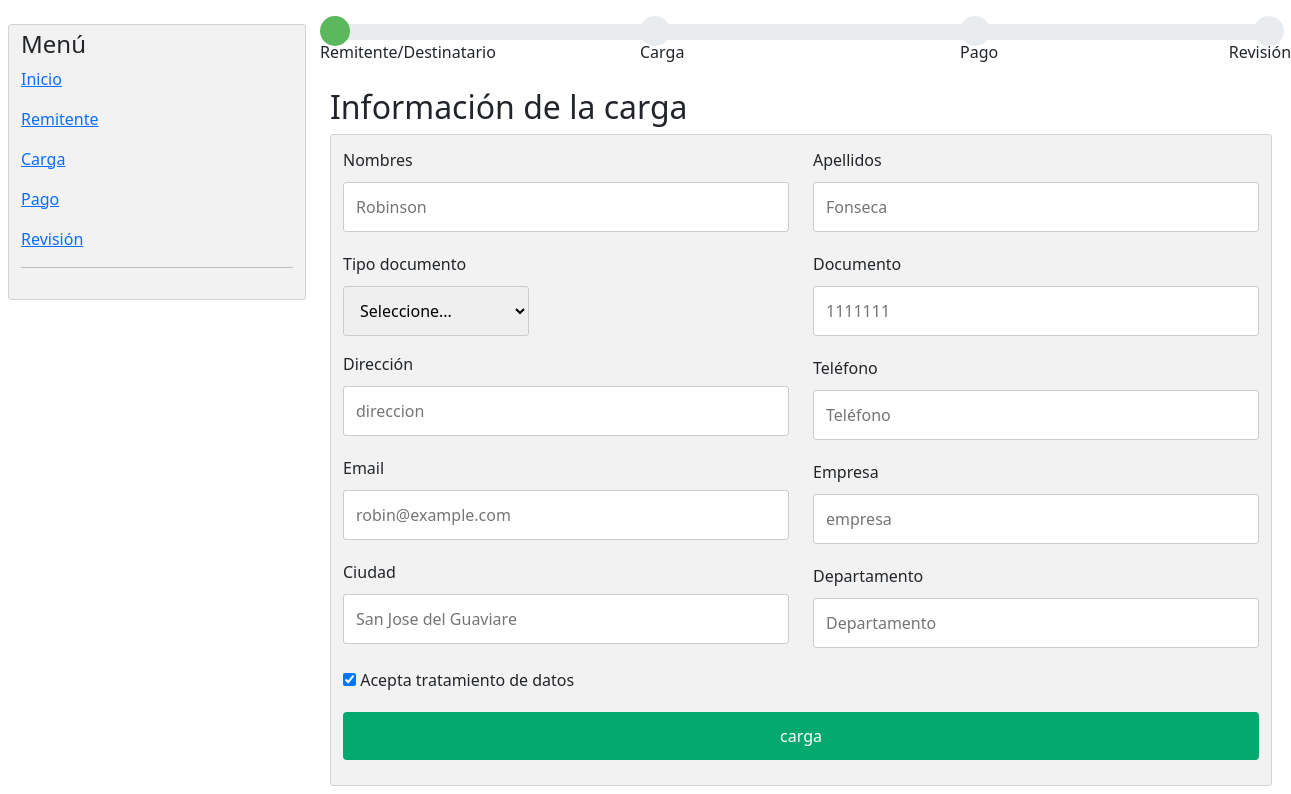
Repository: SennovaFluvial/Trasnfluvial
Page: appFluvial/templates/card1carga.html
The author's editor kept a copy of each file at every save. The page is drawn from the files as they stood at one save, then again after the next save.
The browser window is 1280 px wide. The page is 1291 px wide, so the pictures cover 1291 px, including what lies to the right of the window. The pictures show the whole page.
The template is drawn by Django 3.2. The application's start-up code is not run. Other server files are loaded and not shown. The template is opened directly, without the code that normally fills it, so the values that code supplies are empty.

Above is the page before, as saved 2023-10-18 23:27:47.

### appFluvial/templates/card1carga.html
<!DOCTYPE html>
<html>
<head>
<meta name="viewport" content="width=device-width, initial-scale=1">
<!--link rel="stylesheet" href="https://cdnjs.cloudflare.com/ajax/libs/font-awesome/4.7.0/css/font-awesome.min.css"-->
<style>
body {
  font-family: Arial;
  font-size: 17px;
  padding: 8px;
}

* {
  box-sizing: border-box;
}

.row {
  display: -ms-flexbox; /* IE10 */
  display: flex;
  -ms-flex-wrap: wrap; /* IE10 */
  flex-wrap: wrap;
  margin: 0 -16px;
}

.col-25 {
  -ms-flex: 25%; /* IE10 */
  flex: 25%;
}

.col-50 {
  -ms-flex: 50%; /* IE10 */
  flex: 50%;
}

.col-75 {
  -ms-flex: 75%; /* IE10 */
  flex: 75%;
}

.col-25,
.col-50,
.col-75 {
  padding: 0 16px;
}

.container {
  background-color: #f2f2f2;
  padding: 5px 20px 15px 20px;
  border: 1px solid lightgrey;
  border-radius: 3px;
}

input[type=text], select {
  width: 100%;
  margin-bottom: 20px;
  padding: 12px;
  border: 1px solid #ccc;
  border-radius: 3px;
}

input[type=submit] {
  background-color: #04AA6D;
  color: white;
  padding: 12px 20px;
  border: none;
  border-radius: 4px;
  cursor: pointer;
}

input[type=submit]:hover {
  background-color: #45a049;
}

label {
  margin-bottom: 10px;
  display: block;
}

.icon-container {
  margin-bottom: 20px;
  padding: 7px 0;
  font-size: 24px;
}

.btn {
  background-color: #04AA6D;
  color: white;
  padding: 12px;
  margin: 10px 0;
  border: none;
  width: 100%;
  border-radius: 3px;
  cursor: pointer;
  font-size: 17px;
}

.btn:hover {
  background-color: #45a049;
}

a {
  color: #2196F3;
}

hr {
  border: 1px solid lightgrey;
}

span.price {
  float: right;
  color: grey;
}

/* Responsive layout - when the screen is less than 800px wide, make the two columns stack on top of each other instead of next to each other (also change the direction - make the "cart" column go on top) */
@media (max-width: 800px) {
  .row {
    flex-direction: column-reverse;
  }
  .col-25 {
    margin-bottom: 20px;
  }
}

</style>
<style>
  .one, .two, .three, .four{
    position:absolute;
    margin-top: -8px;
    z-index:1;
    height:30px;
    width:30px;
    border-radius:20px;
}
.one{
	left:25%;
}
.two{
	left:50%;
}
.three{
	left:75%;
}
.four{
	left:98%;
}
.primary-color{
	background-color:#4989bd;
}
.success-color{
	background-color:#5cb85c;
}
.info-color{
	background-color:#5bc0de;
}
.no-color{
	background-color:inherit;
}

</style>

<link rel="stylesheet" href="https://cdn.jsdelivr.net/npm/bootstrap@5.2.3/dist/css/bootstrap.min.css" integrity="sha384-rbsA2VBKQhggwzxH7pPCaAqO46MgnOM80zW1RWuH61DGLwZJEdK2Kadq2F9CUG65" crossorigin="anonymous">
<script src="https://cdn.jsdelivr.net/npm/bootstrap@5.2.3/dist/js/bootstrap.min.js" integrity="sha384-cuYeSxntonz0PPNlHhBs68uyIAVpIIOZZ5JqeqvYYIcEL727kskC66kF92t6Xl2V" crossorigin="anonymous"></script>

</head>
<body>

<p></p>
<div class="row">

  <div class="col-25">

    <div class="container">
      <h4>Menú <span class="price" style="color:black"><i class="fa fa-shopping-cart"></i> <b></b></span></h4>
      <p><a href="../">Inicio</a> <span class="price"> </span></p>
      <p><a href="../card/1/remitente">Remitente</a> <span class="price">  </span></p>
      <p><a href="../card/1/carga">Carga</a> <span class="price"> </span></p>
      <p><a href="../card/1/pago">Pago</a> <span class="price"> </span></p>
      <p><a href="../card/1/revision">Revisión</a> <span class="price"> </span></p>
      <hr>
      <!--p>Total <span class="price" style="color:black"><b>$30</b></span></p-->
    </div>
  </div>


  <div class="col-75">
    <!--  ****************************************BEGIN************************************************ -->
    <div class="container_">
      <div class="row"><br />
        <div class="col-md-12">
        <div class="progress">
            <div class="one success-color"></div>
            <div class="two no-color"></div>
            <div class="three no-color"></div>
            <div class="four no-color"></div>
            <div class="progress-bar progress-bar-success" style="width: 0%"></div>
        </div>
        <br>
        <label for="one" style="position: absolute; top: 30px; left: 25%; z-index: 1; margin-top: 10px;">Remitente/Destinatario</label>
        <label for="two" style="position: absolute; top: 30px; left: 50%; z-index: 1; margin-top: 10px;">Carga</label>
        <label for="three" style="position: absolute; top: 30px; left: 75%; z-index: 1; margin-top: 10px;">Pago</label>
        <label for="four" style="position: absolute; top: 30px; left: 96%; z-index: 1; margin-top: 10px;">Revisión</label>

      </div>
      </div>
    </div>
    <br>
    <!-- -*****************************************END**********************************************-->

    <h2>Información de la carga</h2>
    <div class="container">
      <form method="post">

        <div class="row">
          <div class="col-50">
            <h3>  </h3>
            <label for="fname"><i class="fa fa-user"></i> Nombres</label>
            <input type="text" id="fname" name="firstname" placeholder="Robinson">
            <div class="col-md-5 mb-3">
                <label for="tipodocumento">Tipo documento</label>
                <select class="custom-select d-block w-100" id="tipodocumento" required="">
                  <option value="">Seleccione...</option>
                  <option>CC</option>
                  <option>CE</option>
                  <option>Pasaporte</option>
                </select>
            </div>

            <label for="adr"><i class="fa fa-address-card-o"></i> Dirección</label>
            <input type="text" id="adr" name="address" placeholder="direccion">
            <label for="email"><i class="fa fa-envelope"></i> Email</label>
            <input type="text" id="email" name="email" placeholder="robin@example.com">
            <label for="city"><i class="fa fa-institution"></i> Ciudad</label>
            <input type="text" id="city" name="city" placeholder="San Jose del Guaviare">

          </div>

          <div class="col-50">
            <h3>  </h3>
            <label for="apellidos">Apellidos</label>
            <input type="text" id="apellidos" name="apellidos" placeholder="Fonseca">
            <label for="documento">Documento</label>
            <input type="text" id="documento" name="documento" placeholder="1111111">
            <label for="telefono">Teléfono</label>
            <input type="text" id="telefono" name="telefono" placeholder="Teléfono">
            <label for="empresa">Empresa</label>
            <input type="text" id="empresa" name="empresa" placeholder="empresa">
            <label for="dep">Departamento</label>
            <input type="text" id="dep" name="departamento" placeholder="Departamento">
            <!--div class="row">
              <div class="col-50">
                <label for="expyear">Exp Year</label>
                <input type="text" id="expyear" name="expyear" placeholder="2018">
              </div>
              <div class="col-50">
                <label for="cvv">CVV</label>
                <input type="text" id="cvv" name="cvv" placeholder="352">
              </div>
            </div-->
          </div>

        </div>
        <label>
          <input type="checkbox" checked="checked" name="sameadr"> Acepta tratamiento de datos
        </label>
        <input type="submit" value="carga" class="btn small">
      </form>
    </div>
  </div>
  <!--div class="col-25">
    <div class="container">
      <h4>Cart <span class="price" style="color:black"><i class="fa fa-shopping-cart"></i> <b>4</b></span></h4>
      <p><a href="#">Product 1</a> <span class="price">$15</span></p>
      <p><a href="#">Product 2</a> <span class="price">$5</span></p>
      <p><a href="#">Product 3</a> <span class="price">$8</span></p>
      <p><a href="#">Product 4</a> <span class="price">$2</span></p>
      <hr>
      <p>Total <span class="price" style="color:black"><b>$30</b></span></p>
    </div>
  </div-->
</div>

</body>
</html>

After the next save:
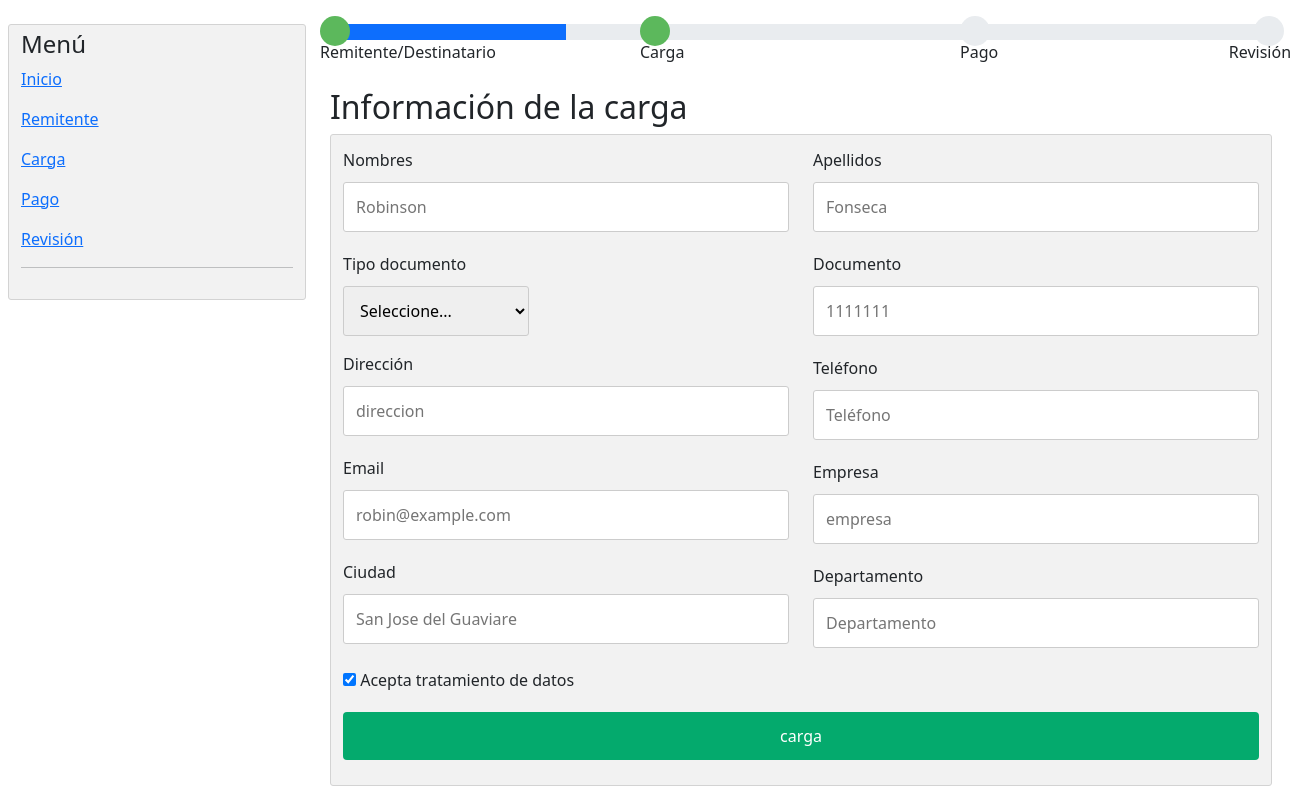
Saved 37 s later.
--- a/appFluvial/templates/card1carga.html
+++ b/appFluvial/templates/card1carga.html
@@ -189,10 +189,10 @@ span.price {
         <div class="col-md-12">
         <div class="progress">
             <div class="one success-color"></div>
-            <div class="two no-color"></div>
+            <div class="two success-color"></div>
             <div class="three no-color"></div>
             <div class="four no-color"></div>
-            <div class="progress-bar progress-bar-success" style="width: 0%"></div>
+            <div class="progress-bar progress-bar-success" style="width: 25%"></div>
         </div>
         <br>
         <label for="one" style="position: absolute; top: 30px; left: 25%; z-index: 1; margin-top: 10px;">Remitente/Destinatario</label>
